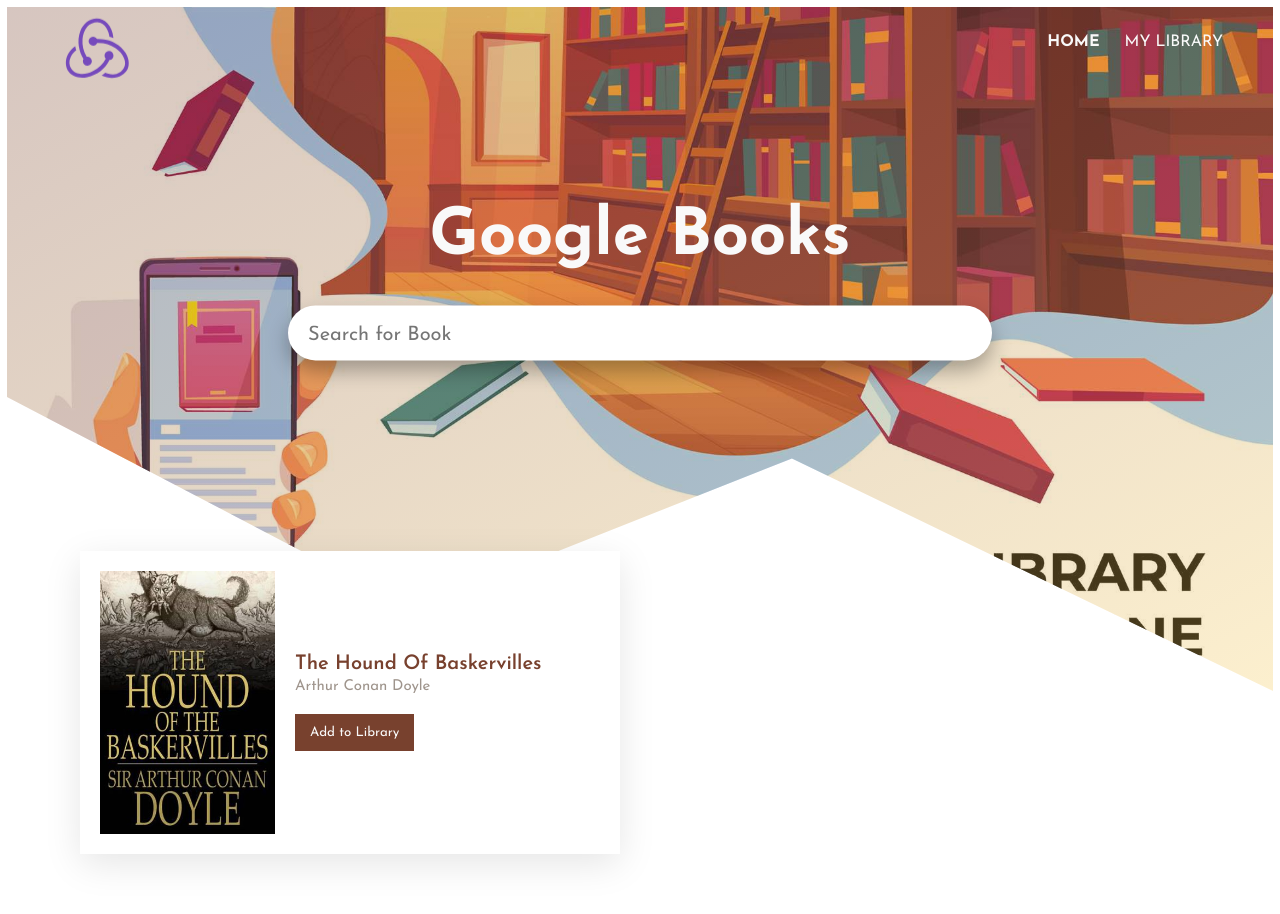
Repository: Kol124/react-book-library
Page: /
The author's editor kept a copy of each file at every save. The page is drawn from the files as they stood at one save, then again after a run of saves.
The browser window is 1280 px wide. The pictures show the whole page.
Backgrounds fixed to the window are drawn as part of the page. The project was rebuilt for these pictures with package versions that can differ from the ones it lists, and the page was loaded fresh each time. Also part of the build but not shown: src/features/books/booksSlice.js, src/components/BookCard.js, src/components/Library.js.

Above is the page before, as saved 2021-07-19 17:36:39.

After the next 2 saves:
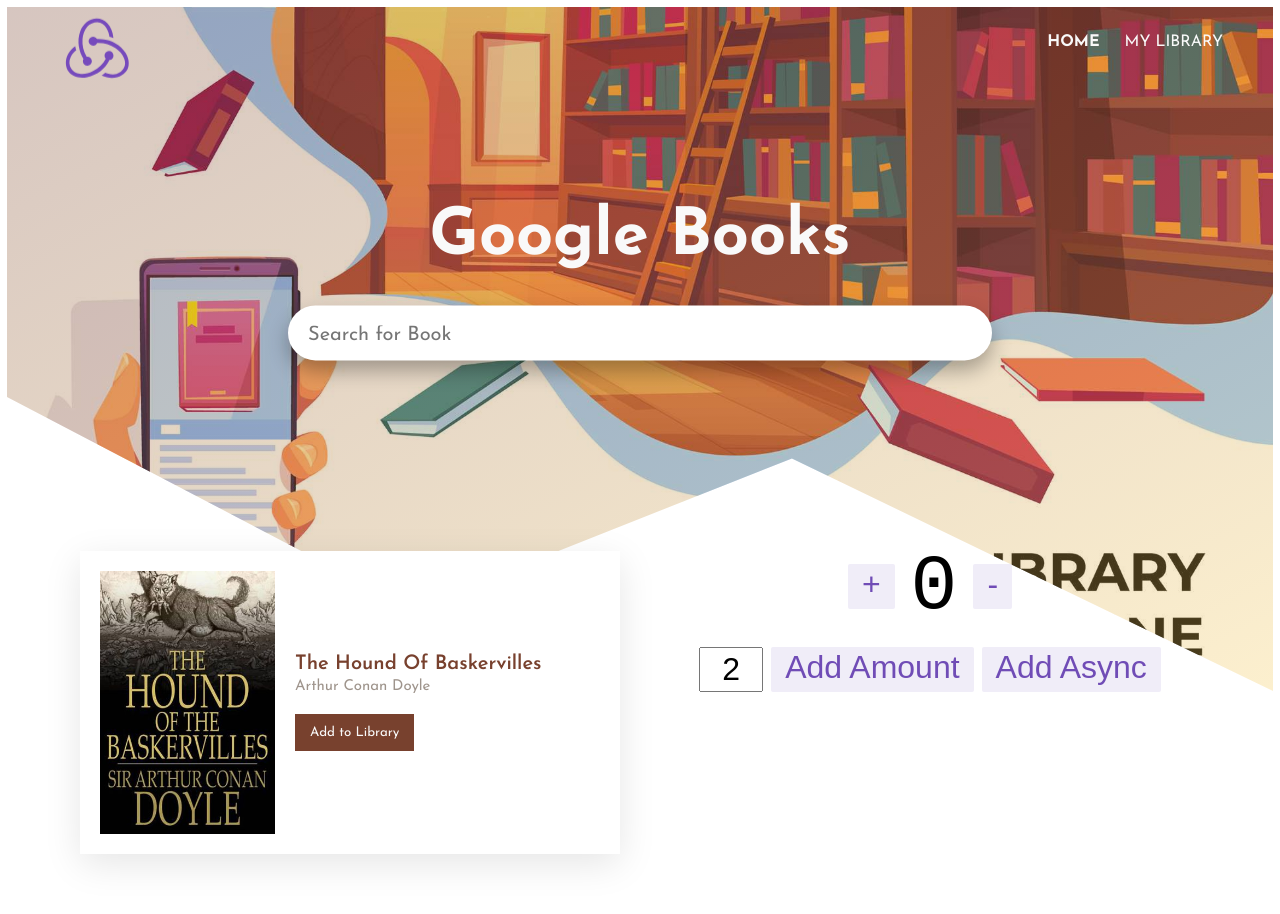
The 2 saves are shown as one change because 1 did not build or start.
The last was saved 3 min 55 s later.
--- a/src/components/Home.js
+++ b/src/components/Home.js
@@ -2,6 +2,7 @@
 import ResultCard from "./ResultCard";
 import axios from "axios";
 import styled from "styled-components";
+import { Counter } from "../features/counter/Counter";
 
 export default function Home() {
   const [query, setQuery] = useState("");
@@ -41,6 +42,7 @@
         {/* {results &&
           results.map((book) => <ResultCard key={book.id} book={book} />)} */}
         <ResultCard />
+        <Counter />
       </Grid>
     </>
   );

After the 2 saves that followed:
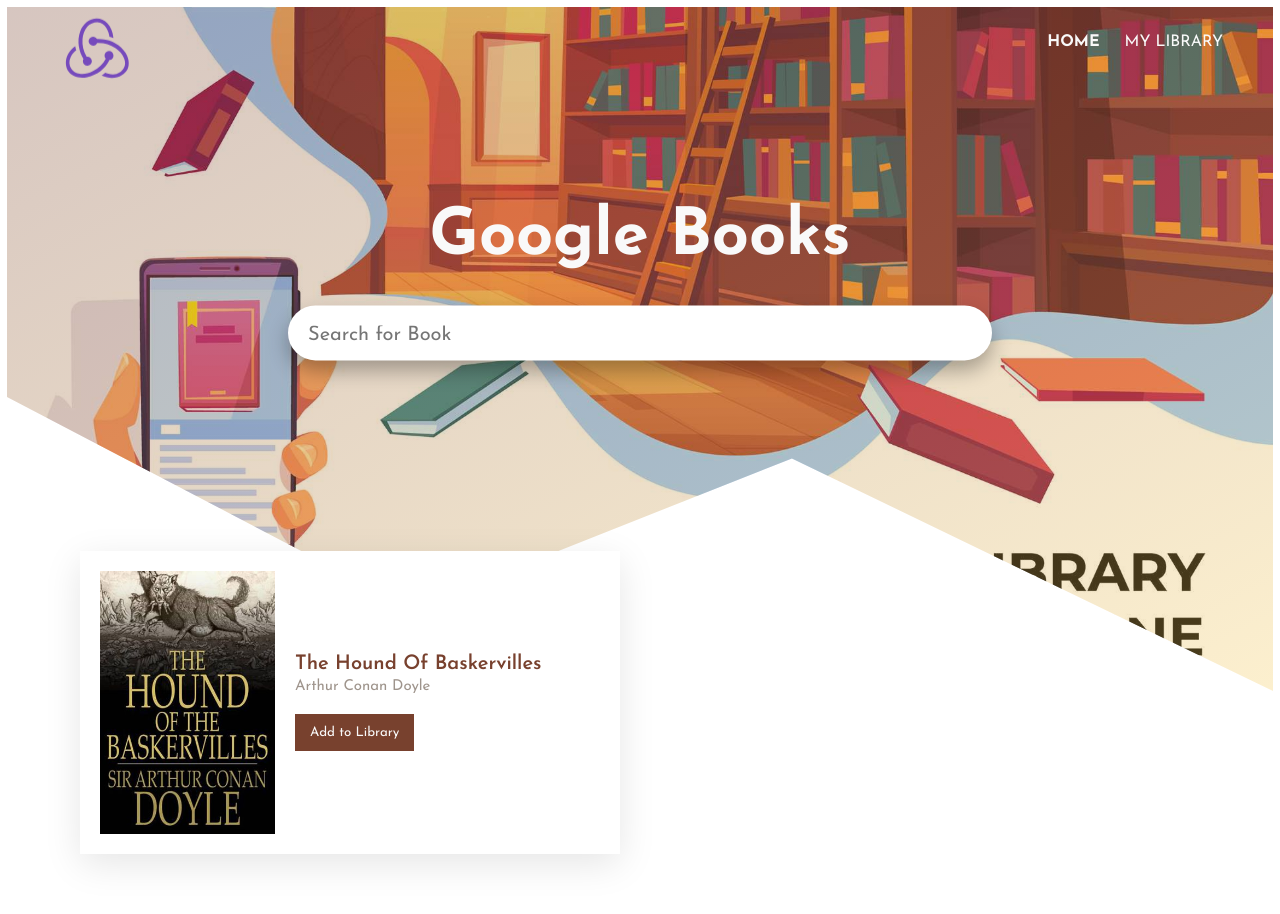
The 2 saves are shown as one change because 1 left the picture as it was.
The last was saved 2 min 31 s later.
--- a/src/components/Home.js
+++ b/src/components/Home.js
@@ -2,7 +2,6 @@
 import ResultCard from "./ResultCard";
 import axios from "axios";
 import styled from "styled-components";
-import { Counter } from "../features/counter/Counter";
 
 export default function Home() {
   const [query, setQuery] = useState("");
@@ -42,7 +41,6 @@
         {/* {results &&
           results.map((book) => <ResultCard key={book.id} book={book} />)} */}
         <ResultCard />
-        <Counter />
       </Grid>
     </>
   );
--- a/src/components/ResultCard.js
+++ b/src/components/ResultCard.js
@@ -20,6 +20,7 @@
   const myBooks = books.find((myBook) => myBook.id === book.id);
 
   const addBookDisabled = myBooks ? true : false;
+  console.log(books);
 
   return (
     // <Card>
